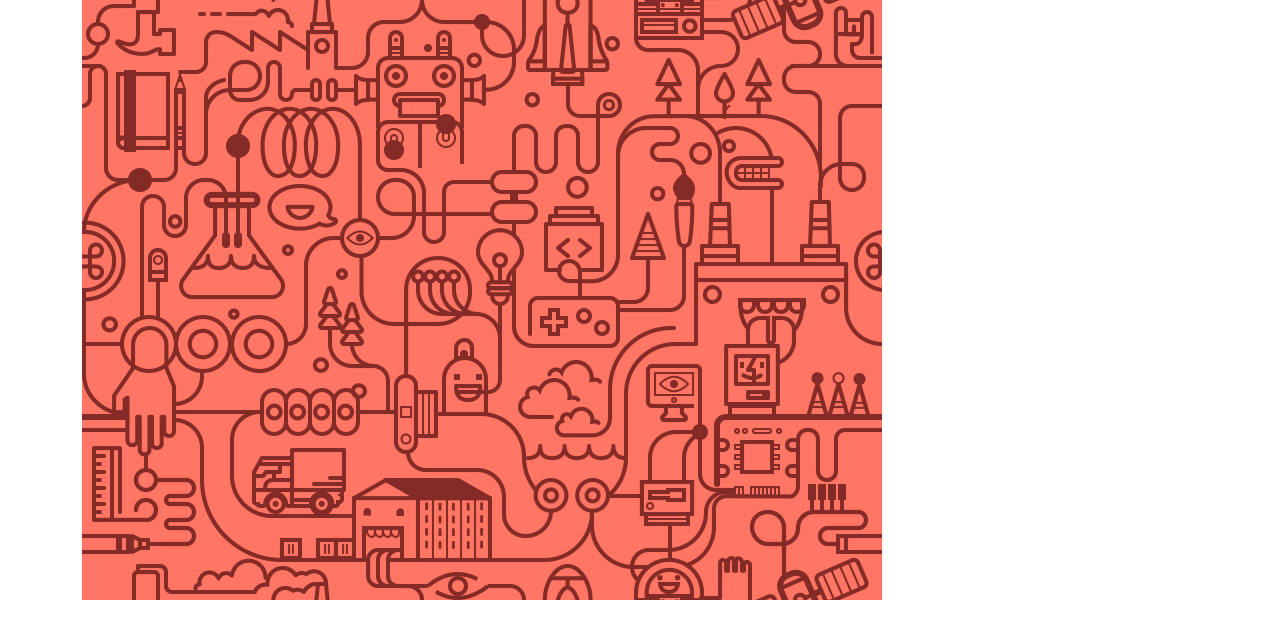
Repository: zum281/todo-list
Page: index.html
An editor plug-in stored every save of this project. The page is shown before and after the next save, followed by the edit.
The browser window is 1280 px wide. The pictures show the whole page.
The style sheet was rebuilt from its Sass, Less or Tailwind sources for each picture, by a compiler version that may differ from the author's.

Above is the page before, as saved 2021-03-05 15:41:13.

### index.html
<!DOCTYPE html>
<html lang="en">

    <head>
        <meta charset="UTF-8">
        <meta http-equiv="X-UA-Compatible" content="IE=edge">
        <meta name="viewport" content="width=device-width, initial-scale=1.0">

        <!-- Bootstrap CSS -->
        <link href="https://cdn.jsdelivr.net/npm/bootstrap@5.0.0-beta2/dist/css/bootstrap.min.css" rel="stylesheet"
            integrity="sha384-BmbxuPwQa2lc/FVzBcNJ7UAyJxM6wuqIj61tLrc4wSX0szH/Ev+nYRRuWlolflfl" crossorigin="anonymous">
        <!-- Option 1: Bootstrap Bundle with Popper -->
        <script src="https://cdn.jsdelivr.net/npm/bootstrap@5.0.0-beta2/dist/js/bootstrap.bundle.min.js"
            integrity="sha384-b5kHyXgcpbZJO/tY9Ul7kGkf1S0CWuKcCD38l8YkeH8z8QjE0GmW1gYU5S9FOnJ0" crossorigin="anonymous">
        </script>

        <!--Jquery-->
        <script src="https://code.jquery.com/jquery-3.6.0.min.js"
            integrity="sha256-/xUj+3OJU5yExlq6GSYGSHk7tPXikynS7ogEvDej/m4=" crossorigin="anonymous"></script>

        <link rel="stylesheet" href="css/main.css">
        <title>Todo List</title>
    </head>

    <body>
        <div class="container">
            <img class="container-bg" src="assets/science.png" alt="background">
            <h1 class="title">TODO LIST</h1>
        </div>
        <script src="js/main.js"></script>
    </body>

</html>

### sass/main.scss
* {
    margin: 0;
    padding: 0;
    box-sizing: border-box;
}

body {
    font-weight: 300;
}

.container-bg {
    position: absolute;
    top: 0;
}

Loaded but not shown: js/main.js (common file)

After the next save:
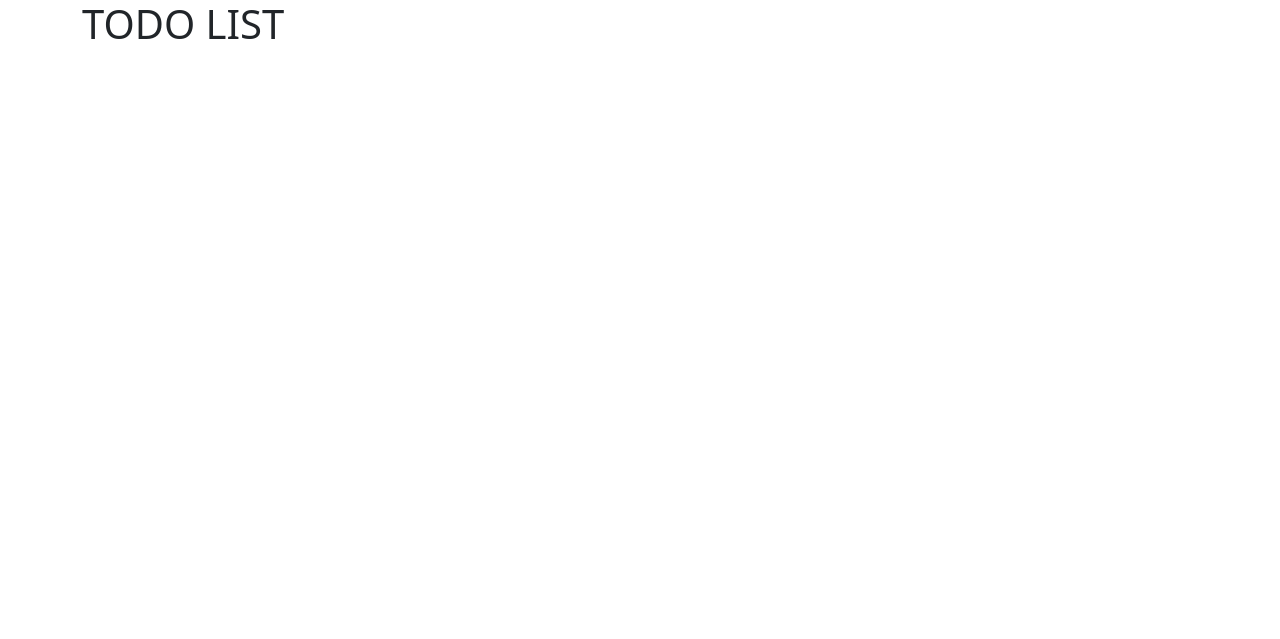
Saved 6 s later.
--- a/index.html
+++ b/index.html
@@ -24,7 +24,7 @@
 
     <body>
         <div class="container">
-            <img class="container-bg" src="assets/science.png" alt="background">
+
             <h1 class="title">TODO LIST</h1>
         </div>
         <script src="js/main.js"></script>

After the save that followed:
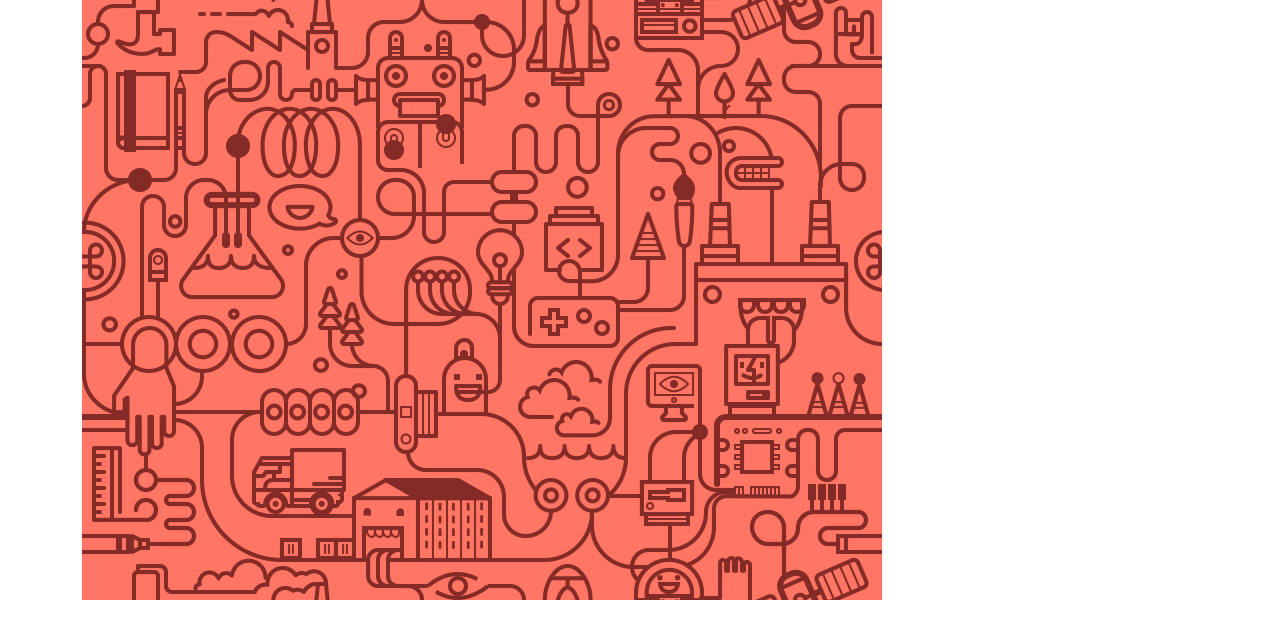
Saved 4 s later.
--- a/index.html
+++ b/index.html
@@ -26,6 +26,7 @@
         <div class="container">
 
             <h1 class="title">TODO LIST</h1>
+            <img class="container-bg" src="assets/science.png" alt="background">
         </div>
         <script src="js/main.js"></script>
     </body>
